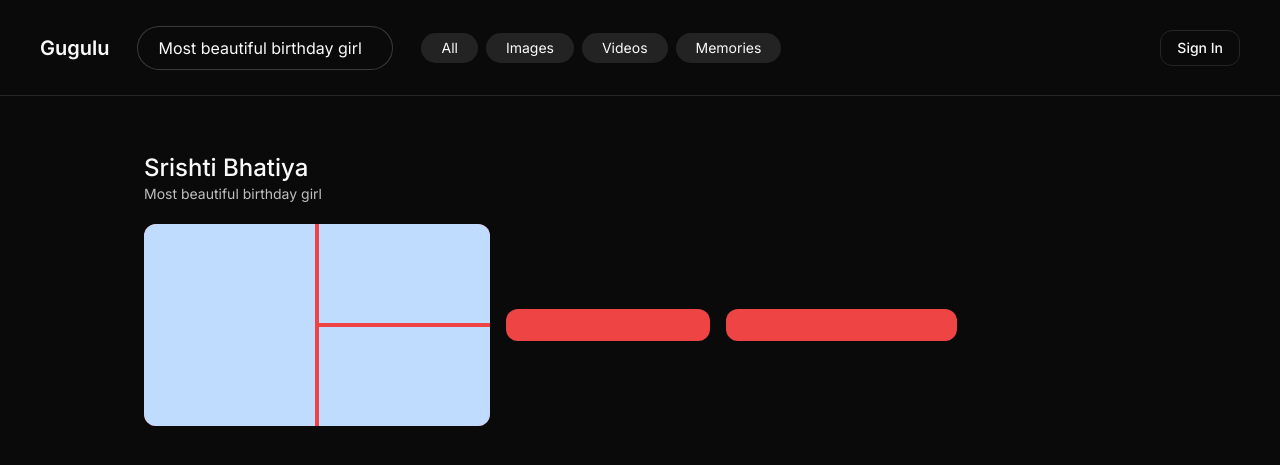
Repository: Harshgoel17/anshfinal
Page: /srishti
The author's editor kept a copy of each file at every save. The page is drawn from the files as they stood at one save, then again after the next save.
The browser window is 1280 px wide. The pictures show the whole page.
The project was rebuilt for these pictures with package versions that can differ from the ones it lists, and the page was loaded fresh each time. The framework's server and built-in components were replaced by stand-ins that run in the browser. Also part of the build but not shown: next.config.js.

Above is the page before, as saved 2023-10-04 20:51:26.

### app/srishti/page.jsx
import Navbar from '@/components/Navbar'
import React from 'react'

const page = () => {
  return (
    <div>
        <Navbar />
        <div className='py-14 px-36 gap-5 flex flex-col'>
            <div>
                <h1 className='text-2xl font-medium'>Srishti Bhatiya</h1>
                <p className='text-sm opacity-75'>Most beautiful birthday girl</p>
            </div>

            <div className='flex items-center gap-4'>
                <div className='bg-red-500 lg:w-[27vw] h-[28vh]  rounded-xl flex gap-1 overflow-hidden'>
                    <span className='bg-blue-200 w-[50%] h-full'></span>

                    <div className='flex flex-col gap-1 w-[50%] h-full'>
                        <span className='bg-blue-200 h-[50%] w-full'></span>
                        <span className='bg-blue-200 h-[50%] w-full'></span>
                    </div>
                </div>

                <div className='bg-red-500 lg:w-[16vw] py-4 rounded-xl'>
                        <span className='bg-blue-200 h-[50%] w-full'></span>
                        <span className='bg-blue-200 h-[50%] w-full'></span>
                </div>

                <div className='bg-red-500 lg:w-[18vw] py-4 rounded-xl'>

                </div>
            </div>
        </div>
    </div>
  )
}

export default page

### app/globals.css
@tailwind base;
@tailwind components;
@tailwind utilities;

@layer base {
  :root {
    --background: 0 0% 3.9%;
    --foreground: 0 0% 98%;

    --card: 0 0% 3.9%;
    --card-foreground: 0 0% 98%;

    --popover: 0 0% 3.9%;
    --popover-foreground: 0 0% 98%;

    --primary: 0 0% 98%;
    --primary-foreground: 0 0% 9%;

    --secondary: 0 0% 14.9%;
    --secondary-foreground: 0 0% 98%;

    --muted: 0 0% 14.9%;
    --muted-foreground: 0 0% 63.9%;

    --accent: 0 0% 14.9%;
    --accent-foreground: 0 0% 98%;

    --destructive: 0 62.8% 30.6%;
    --destructive-foreground: 0 0% 98%;

    --border: 0 0% 14.9%;
    --input: 0 0% 14.9%;
    --ring: 0 0% 83.1%;
  }

  .dark {
    --background: 0 0% 3.9%;
    --foreground: 0 0% 98%;

    --card: 0 0% 3.9%;
    --card-foreground: 0 0% 98%;

    --popover: 0 0% 3.9%;
    --popover-foreground: 0 0% 98%;

    --primary: 0 0% 98%;
    --primary-foreground: 0 0% 9%;

    --secondary: 0 0% 14.9%;
    --secondary-foreground: 0 0% 98%;

    --muted: 0 0% 14.9%;
    --muted-foreground: 0 0% 63.9%;

    --accent: 0 0% 14.9%;
    --accent-foreground: 0 0% 98%;

    --destructive: 0 62.8% 30.6%;
    --destructive-foreground: 0 0% 98%;

    --border: 0 0% 14.9%;
    --input: 0 0% 14.9%;
    --ring: 0 0% 83.1%;
  }
}

@layer base {
  * {
    @apply border-border;
  }
  body {
    @apply bg-background text-foreground;
  }
}

### components/Navbar.jsx
import React from 'react'
import { Button } from "@/components/ui/button";

const Navbar = () => {
  return (
    <div className='flex h-24 w-screen items-center justify-between border-b px-10'>
        <div className='flex gap-7 items-center'>
            <h1 className='text-xl font-semibold'>Gugulu</h1>
            <input type="text" className="bg-background border border-foreground/20 rounded-full h-11 w-[20vw] px-5" value={'Most beautiful birthday girl'}/>

            <div className='flex items-center justify-center gap-2 text-sm'>
                <div className='rounded-full bg-foreground/10 px-5 py-[5px] cursor-pointer'>All</div>
                <div className='rounded-full bg-foreground/10 px-5 py-[5px] cursor-pointer'>Images</div>
                <div className='rounded-full bg-foreground/10 px-5 py-[5px] cursor-pointer'>Videos</div>
                <div className='rounded-full bg-foreground/10 px-5 py-[5px] cursor-pointer'>Memories</div>
            </div>
        </div>
        <div className='flex items-center gap-6'>
            <Button variant="outline" className="rounded-xl" >Sign In</Button>
        </div>
    </div>
  )
}

export default Navbar

### components/ui/button.jsx
import * as React from "react"
import { Slot } from "@radix-ui/react-slot"
import { cva } from "class-variance-authority";

import { cn } from "@/lib/utils"

const buttonVariants = cva(
  "inline-flex items-center justify-center rounded-md text-sm font-medium transition-colors focus-visible:outline-none focus-visible:ring-1 focus-visible:ring-ring disabled:pointer-events-none disabled:opacity-50",
  {
    variants: {
      variant: {
        default:
          "bg-primary text-primary-foreground shadow hover:bg-primary/90",
        destructive:
          "bg-destructive text-destructive-foreground shadow-sm hover:bg-destructive/90",
        outline:
          "border border-input bg-transparent shadow-sm hover:bg-accent hover:text-accent-foreground",
        secondary:
          "bg-secondary text-secondary-foreground shadow-sm hover:bg-secondary/80",
        ghost: "hover:bg-accent hover:text-accent-foreground",
        link: "text-primary underline-offset-4 hover:underline",
      },
      size: {
        default: "h-9 px-4 py-2",
        sm: "h-8 rounded-md px-3 text-xs",
        lg: "h-10 rounded-md px-8",
        icon: "h-9 w-9",
      },
    },
    defaultVariants: {
      variant: "default",
      size: "default",
    },
  }
)

const Button = React.forwardRef(({ className, variant, size, asChild = false, ...props }, ref) => {
  const Comp = asChild ? Slot : "button"
  return (
    (<Comp
      className={cn(buttonVariants({ variant, size, className }))}
      ref={ref}
      {...props} />)
  );
})
Button.displayName = "Button"

export { Button, buttonVariants }

Loaded but not shown: app/layout.js (common file); lib/utils.js (common file); tailwind.config.js (common file)

After the next save:
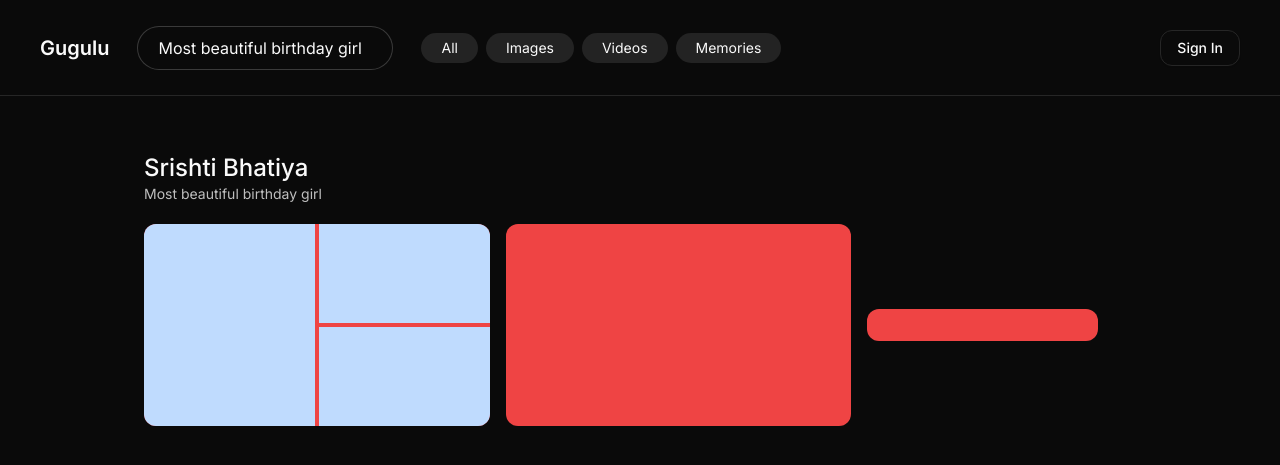
Saved 40 s later.
--- a/app/srishti/page.jsx
+++ b/app/srishti/page.jsx
@@ -21,9 +21,8 @@ const page = () => {
                     </div>
                 </div>
 
-                <div className='bg-red-500 lg:w-[16vw] py-4 rounded-xl'>
-                        <span className='bg-blue-200 h-[50%] w-full'></span>
-                        <span className='bg-blue-200 h-[50%] w-full'></span>
+                <div className='bg-red-500 lg:w-[27vw] h-[28vh]  rounded-xl flex gap-1 overflow-hidden'>
+
                 </div>
 
                 <div className='bg-red-500 lg:w-[18vw] py-4 rounded-xl'>
